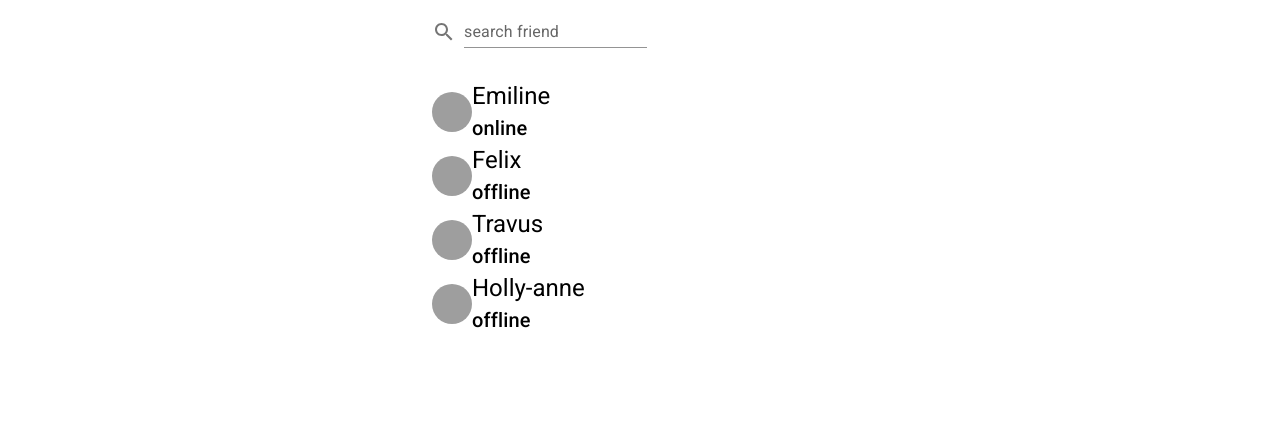
Repository: GokulDev4U/Immence_task
Page: /conversation
The author's editor kept a copy of each file at every save. The page is drawn from the files as they stood at one save, then again after the next save.
The browser window is 1280 px wide. The pictures show the whole page.
Pictures or frames that could not be fetched are drawn as grey boxes. The project was rebuilt for these pictures with package versions that can differ from the ones it lists, and the page was loaded fresh each time. Also part of the build but not shown: src/App.css, src/components/SinglePost/SinglePost.jsx, src/components/Home/Home.jsx.

Above is the page before, as saved 2022-05-07 15:50:11.

### public/index.html
<!DOCTYPE html>
<html lang="en">
  <head>
    <meta charset="utf-8" />
    <link rel="icon" href="%PUBLIC_URL%/favicon.ico" />
    <meta name="viewport" content="width=device-width, initial-scale=1" />
    <meta name="theme-color" content="#000000" />
    <meta
      name="description"
      content="Web site created using create-react-app"
    />
    <link rel="apple-touch-icon" href="%PUBLIC_URL%/logo192.png" />
    <link
  rel="stylesheet"
  href="https://fonts.googleapis.com/css?family=Roboto:300,400,500,700&display=swap"
/>
<link
  rel="stylesheet"
  href="https://fonts.googleapis.com/icon?family=Material+Icons"
/>
    <!--
      manifest.json provides metadata used when your web app is installed on a
      user's mobile device or desktop. See https://developers.google.com/web/fundamentals/web-app-manifest/
    -->
    <link rel="manifest" href="%PUBLIC_URL%/manifest.json" />
    <!--
      Notice the use of %PUBLIC_URL% in the tags above.
      It will be replaced with the URL of the `public` folder during the build.
      Only files inside the `public` folder can be referenced from the HTML.

      Unlike "/favicon.ico" or "favicon.ico", "%PUBLIC_URL%/favicon.ico" will
      work correctly both with client-side routing and a non-root public URL.
      Learn how to configure a non-root public URL by running `npm run build`.
    -->
    <title>React App</title>
  </head>
  <body>
    <noscript>You need to enable JavaScript to run this app.</noscript>
    <div id="root"></div>
    <!--
      This HTML file is a template.
      If you open it directly in the browser, you will see an empty page.

      You can add webfonts, meta tags, or analytics to this file.
      The build step will place the bundled scripts into the <body> tag.

      To begin the development, run `npm start` or `yarn start`.
      To create a production bundle, use `npm run build` or `yarn build`.
    -->
  </body>
</html>

### src/App.js
import "./App.css";
import { BrowserRouter, Routes, Route } from "react-router-dom";
import Home from "./components/Home/Home";
import Conversation from "./components/Conversation/Conversation";

function App() {
  return (
    <div className="App">
      <BrowserRouter>
        <Routes>
          <Route path="/" element={<Home />} />
          <Route path="/conversation" element={<Conversation />} />
        </Routes>
      </BrowserRouter>
    </div>
  );
}

export default App;

### src/components/Conversation/Conversation.jsx
import React, { useState } from 'react';
import Grid from '@mui/material/Grid';
import Box from '@mui/material/Box';
import SearchIcon from '@mui/icons-material/Search';
import TextField from '@mui/material/TextField';
import { Users } from "../../data/userdata";
import ConversationList from '../ConversationList/ConversationList';

const Conversation = () => {
    const [query, setQuery] = useState("");
    return (
        <Box sx={{ flexGrow: 1 }}>
            <Grid container spacing={2}>
                <Grid item xs={4}></Grid>
                <Grid item xs={4}>
                    <Box sx={{ display: 'flex', alignItems: 'flex-end' }}>
                        <SearchIcon sx={{ color: 'action.active', mr: 1, my: 0.5 }} />
                        <TextField id="input-with-sx" label="search friend" variant="standard" onChange={(e) => setQuery(e.target.value.toLowerCase())} />
                    </Box>
                    <Box sx={{ marginTop: 4 }}>
                        {Users.filter((user) =>
                            user.name.toLowerCase().includes(query)
                        ).map((user) => (
                            <Box className="listItem" key={user.id}>
                                <ConversationList name={user.name} status={user.status} img={user.img} />
                            </Box>
                        ))}
                    </Box>
                </Grid>
                <Grid item xs={4}></Grid>
            </Grid>
        </Box>
    );
};

export default Conversation;

### src/data/userdata.js
export const Users = [
  {
    id: 1,
    img: "https://static.remove.bg/remove-bg-web/a8b5118d623a6b3f4b7813a78c686de384352145/assets/start_remove-c851bdf8d3127a24e2d137a55b1b427378cd17385b01aec6e59d5d4b5f39d2ec.png",
    name: "Emiline",
    status: "online",
  },
  {
    id: 2,
    img: "https://static.remove.bg/remove-bg-web/a8b5118d623a6b3f4b7813a78c686de384352145/assets/start_remove-c851bdf8d3127a24e2d137a55b1b427378cd17385b01aec6e59d5d4b5f39d2ec.png",
    name: "Felix",
    status: "offline",
  },
  {
    id: 3,
    img: "https://static.remove.bg/remove-bg-web/a8b5118d623a6b3f4b7813a78c686de384352145/assets/start_remove-c851bdf8d3127a24e2d137a55b1b427378cd17385b01aec6e59d5d4b5f39d2ec.png",
    name: "Travus",
    status: "offline",
  },
  {
    id: 4,
    img: "https://static.remove.bg/remove-bg-web/a8b5118d623a6b3f4b7813a78c686de384352145/assets/start_remove-c851bdf8d3127a24e2d137a55b1b427378cd17385b01aec6e59d5d4b5f39d2ec.png",
    name: "Holly-anne",
    status: "offline",
  },
];

### src/components/ConversationList/ConversationList.jsx
import React from 'react';
import Typography from '@mui/material/Typography';
import Avatar from '@mui/material/Avatar';
import Grid from '@mui/material/Grid';
import Box from '@mui/material/Box';
import { display } from '@mui/system';

const ConversationList = ({ name, status, img }) => {
    return (
        <Box sx={{ display: 'flex', alignItems: 'center' }}>
            <Avatar alt="Img" src={img} />
            <Box>
                <Typography variant="h5">{name}</Typography>
                <Typography variant="h6">{status}</Typography>
            </Box>
        </Box>
    );
};

export default ConversationList;

Loaded but not shown: src/index.js (common file); src/index.css (common file); src/reportWebVitals.js (common file)

After the next save:
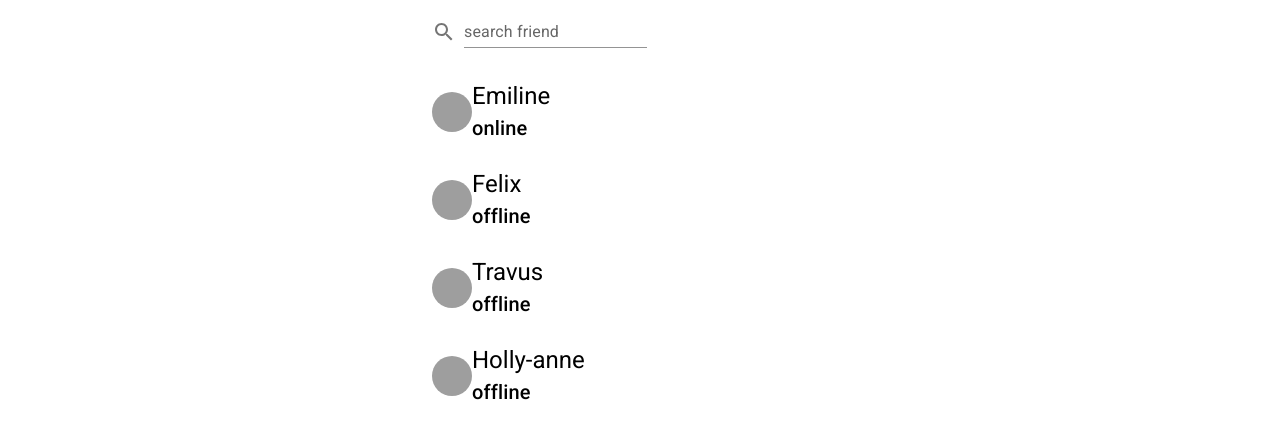
Saved 19 s later.
--- a/src/components/ConversationList/ConversationList.jsx
+++ b/src/components/ConversationList/ConversationList.jsx
@@ -7,7 +7,7 @@ import { display } from '@mui/system';
 
 const ConversationList = ({ name, status, img }) => {
     return (
-        <Box sx={{ display: 'flex', alignItems: 'center' }}>
+        <Box sx={{ display: 'flex', alignItems: 'center', marginBottom: 3 }}>
             <Avatar alt="Img" src={img} />
             <Box>
                 <Typography variant="h5">{name}</Typography>
